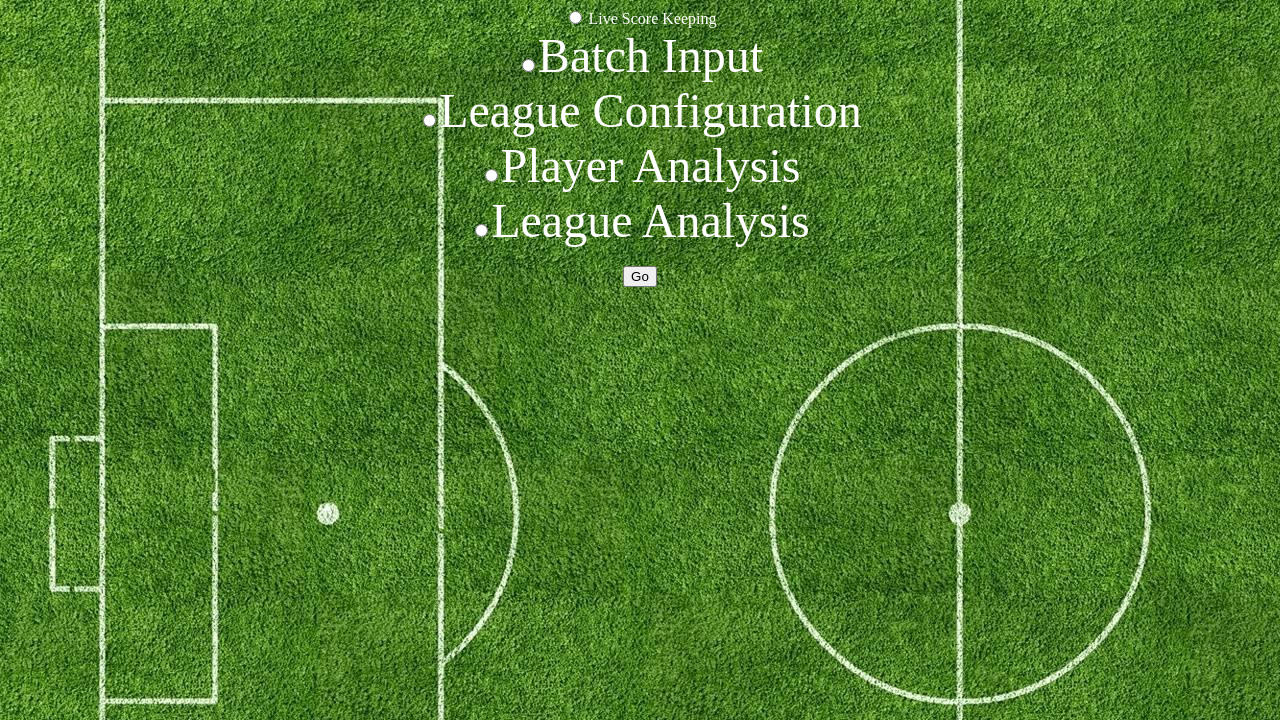
Repository: FredGlozman/SwiftScore
Page: SwiftScore/Website.html
An editor plug-in stored every save of this project. The page is shown before and after the next save, followed by the edit.
The browser window is 1280 px wide. The pictures show the whole page.

Above is the page before, as saved 2015-12-03 01:11:29.

### SwiftScore/Website.html
<html>
<style>
input, font {
	font-size: 400x
}
</style>
<head>
<title>SwiftScore</title>
</head>
<body background="soccer.jpg">
	<form action="PHP.php" method="get">
		<center>

			<input type="radio" name=“UseCase” value="1">
			<font color="white">Live Score Keeping</font> <br>
			<input type="radio" name="UseCase" value="2"><font color="white" size = 30x >Batch Input</font> <br>
			<input type="radio" name="UseCase" value="3"><font color="white" size = 30x >League Configuration</font> <br>
			<input type="radio" name="UseCase" value="4"><font color="white" size = 30x >Player Analysis</font> <br>
			<input type="radio" name="UseCase" value="5"><font color="white" size = 30x >League Analysis</font> <br>
			<br> <input type="submit" value="Go">
		</center>
	</form>

</body>
</html>

After the next save:
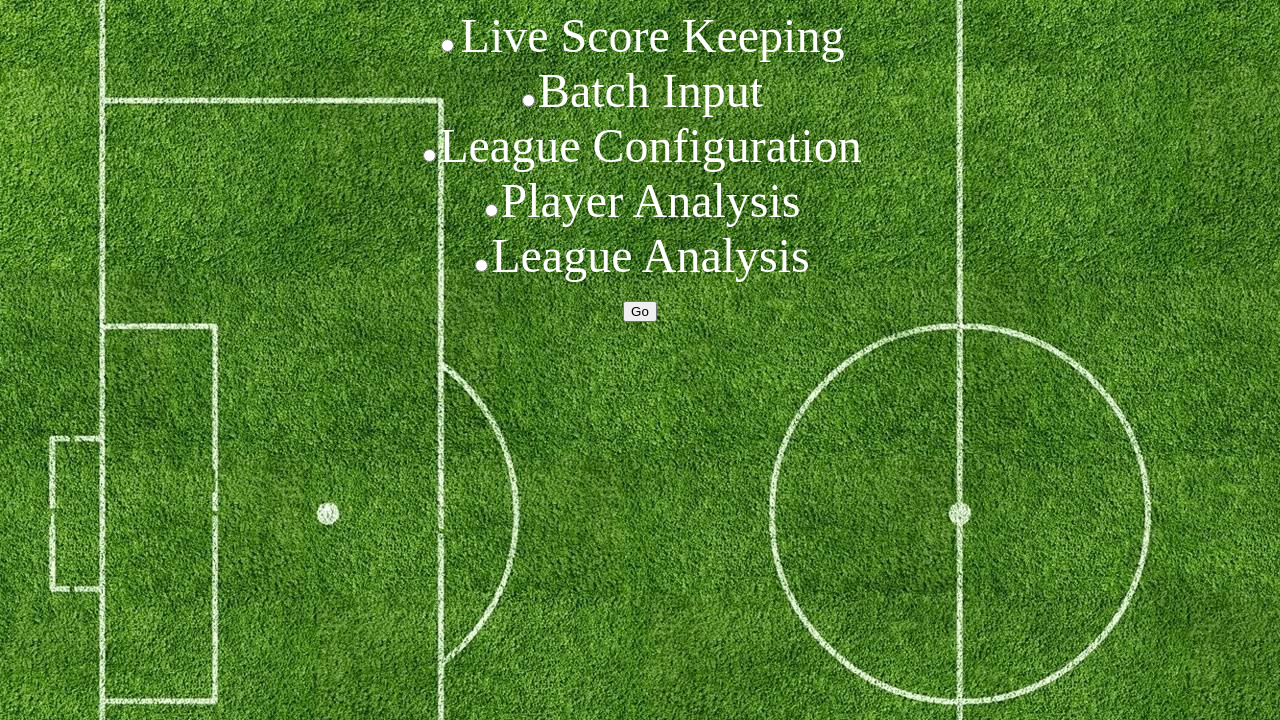
Saved 16 s later.
--- a/SwiftScore/Website.html
+++ b/SwiftScore/Website.html
@@ -12,7 +12,7 @@ input, font {
 		<center>
 
 			<input type="radio" name=“UseCase” value="1">
-			<font color="white">Live Score Keeping</font> <br>
+			<font color="white" size = 30x >Live Score Keeping</font> <br>
 			<input type="radio" name="UseCase" value="2"><font color="white" size = 30x >Batch Input</font> <br>
 			<input type="radio" name="UseCase" value="3"><font color="white" size = 30x >League Configuration</font> <br>
 			<input type="radio" name="UseCase" value="4"><font color="white" size = 30x >Player Analysis</font> <br>
